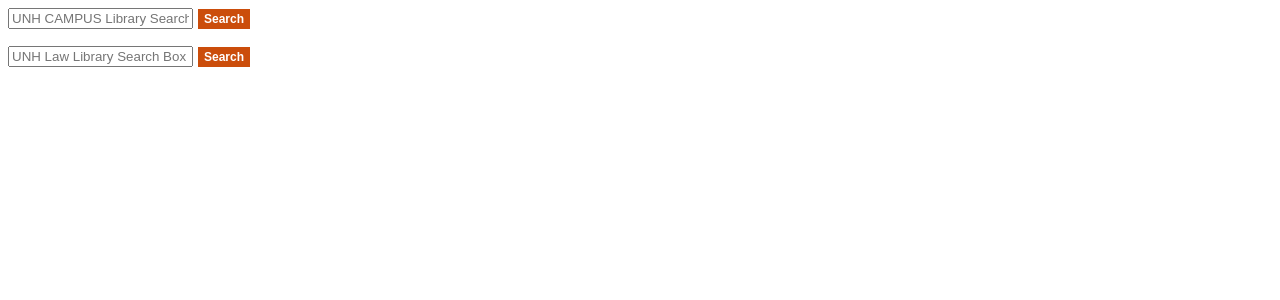
Repository: jlcolbert/unh-library-search-box
Page: template-basic.html
An editor plug-in stored every save of this project. The page is shown before and after a run of saves, followed by the edit.
The browser window is 1280 px wide. The pictures show the whole page.

Above is the page before, as saved 2021-04-27 08:23:17.

After the next 2 saves:
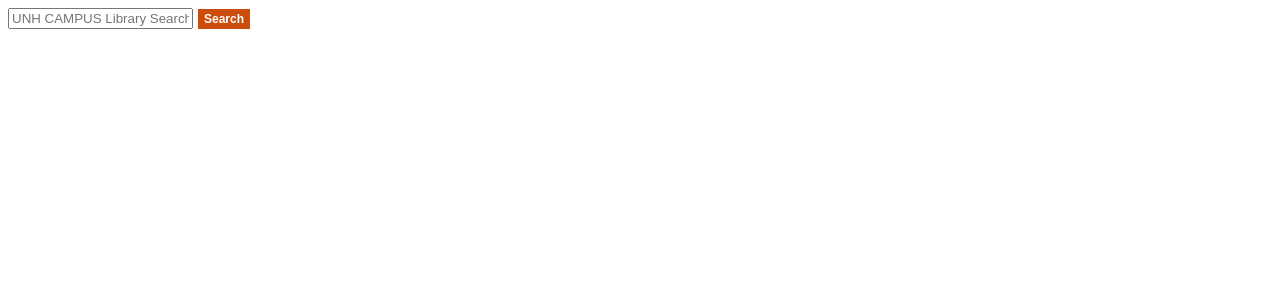
The 2 saves are shown as one change because they came seconds apart.
The last was saved 40 s later.
--- a/template-basic.html
+++ b/template-basic.html
@@ -32,32 +32,5 @@
         </div>
       </form>
     </div>
-
-    <div class="center-block col-xs-6 col-md-5 col-lg-4 clearfix">
-      <!-- Law -->
-      <form id="law" name="searchForm3" method="get" target="_self"
-        action="https://unh.primo.exlibrisgroup.com/discovery/search"
-        enctype="application/x-www-form-urlencoded; charset=utf-8" onsubmit="searchPrimo3()">
-
-        <!-- Customizable parameters -->
-        <input type="hidden" name="vid" value="01USNH_UNH:LAW">
-        <input type="hidden" name="tab" value="Everything">
-        <input type="hidden" name="search_scope" value="MyInst_and_CI">
-        <input type="hidden" name="lang" value="en">
-
-        <!-- Fixed parameters -->
-        <input type="hidden" name="query" id="primoQuery3">
-
-        <!-- Search Box -->
-        <div class="form-group">
-          <input class="form-control form-control-sm" type="text" id="primoQueryTemp3" value=""
-            placeholder="UNH Law Library Search Box">
-
-          <!-- Search Button -->
-          <input id="button3" title="Search" onclick="searchPrimo3()" type="button" value="Search" alt="Search"
-            style="height: 22px; font-size: 12px; font-weight: bold; background: #cb4d0b; color: #ffffff; border: 1px solid;">
-        </div>
-      </form>
-    </div>
   </div>
 </div>
